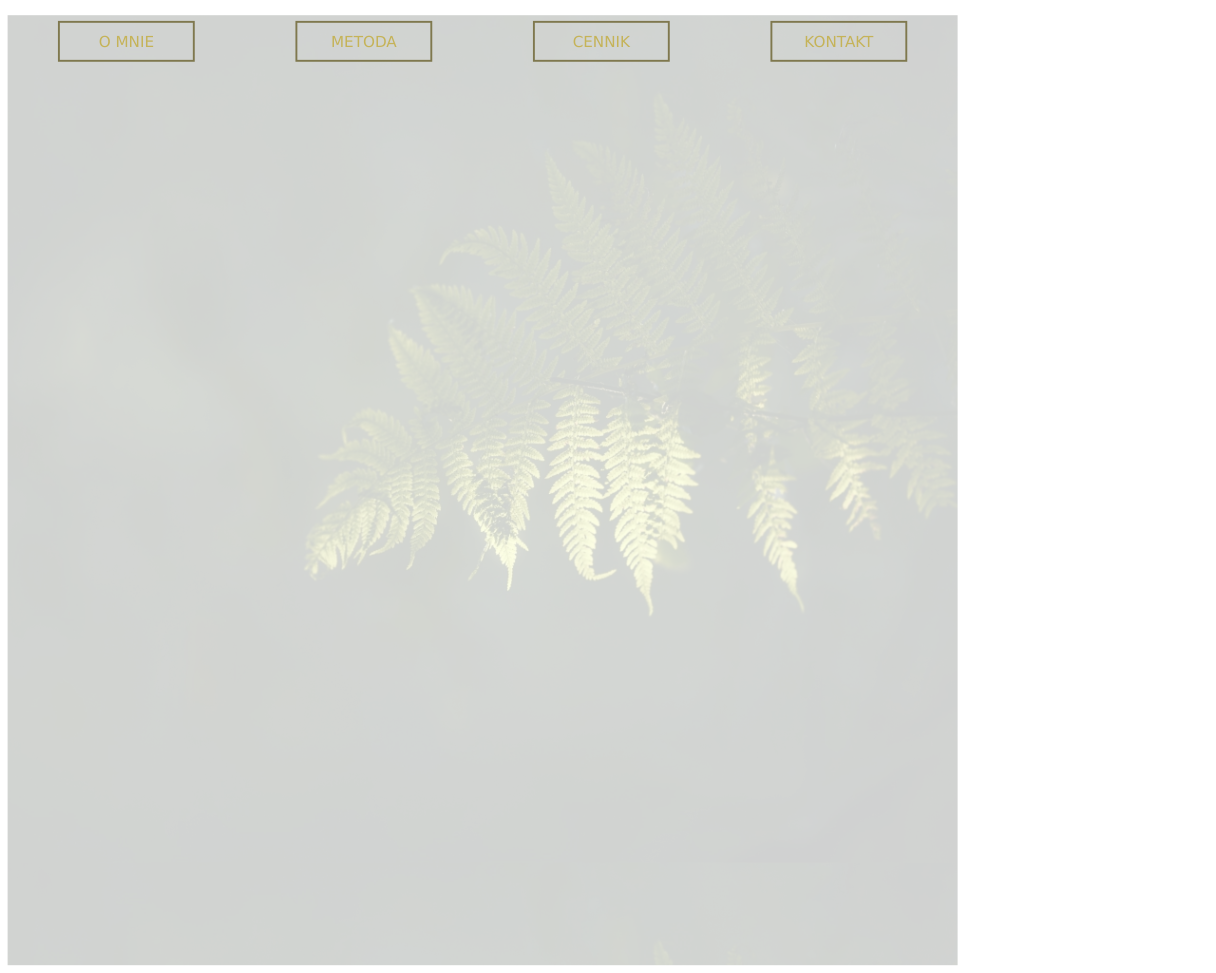
Repository: LechCieslak/Anna_Cieslak_v2.1
Page: index.html
An editor plug-in stored every save of this project. The page is shown before and after the next save, followed by the edit.
The browser window is 1280 px wide. The pictures show the whole page, at 95% of full size.

Above is the page before, as saved 2020-09-17 16:03:51.

### index.html
<!DOCTYPE html>
<html lang="pl">
<head>
    <meta charset="UTF-8">
    <meta name="viewport" content="width=device-width, initial-scale=1.0">
    <link rel="stylesheet" href="style.css">
    <title>Przyjazne miejsce</title>
</head>
<body>
    <main>

            <div class="menu">
                <ul>
                    <li class="li1">O MNIE</li>
                    <li class="li2">METODA</li>
                    <li class="li3">CENNIK</li>
                    <li class="li4">KONTAKT</li>
                </ul>
            </div>

            <div class="oMnie shape">
                <h1>O MNIE</h1>
                <p>Anna Cieślak - psycholog, psychoterapeuta
                    <br><br>
                    Prowadzę indywidualną długoterminową psychoterapię osób dorosłych oraz młodzieży 16+. Od kilku lat w duchu Rodzicielstwa Bliskości wspieram rodziców oraz nauczycieli w codziennych wyzwaniach związanych z budowaniem relacji z dziećmi. Pracuję z dziećmi i młodzieżą w placówkach edukacyjnych (głównie są to tzw. szkoły alternatywne, realizujące program MEN w autorski sposób). <br>
                    W swojej pracy łączę humanistyczne i psychodynamiczne spojrzenie na klienta. Ukończyłam kursy i szkolenia z zakresu psychoterapii i psychopedagogiki w Ośrodku Terapii i Rozwoju Gestalt, w Laboratorium Psychoedukacji, Podyplomowym Studium Relacji Interpersonalnych i Profilaktyki Uzależnień UKSW oraz Akademii Rodziców i Wychowawców w Fundacji Bullerbyn. Ważnym dla mnie doświadczeniem było szkolenie wstępne z zakresu NVC prowadzone przez Zofię Schacht-Petersen. <br>
                    Prywatną praktykę prowadzę od 2013 roku. Swoją pracę poddaję regularnej superwizji, prowadzonej przez superwizora Polskiego Towarzystwa Psychologicznego.</p>
            </div>

            <div class="metoda shape">
                <h1>METODA</h1>
                <p>Lorem, ipsum dolor sit amet consectetur adipisicing elit. Tenetur illum, dolores ipsum earum qui eligendi quaerat itaque debitis quo cumque repudiandae fugit quisquam nisi quas sunt voluptatem alias enim vero porro reprehenderit. Quisquam possimus labore voluptate facere voluptatum mollitia eveniet dicta quis vitae ullam quae saepe veniam quos ut, dolor, fuga repellat, veritatis quam modi odio placeat! Vero, reprehenderit repellendus? Delectus sit voluptate minus quam ratione numquam ipsum nemo commodi rem nesciunt consequatur, sunt cumque, repellat aliquam excepturi dolores aut suscipit minima nisi veritatis itaque ad explicabo perspiciatis voluptatibus! Cumque id adipisci officiis facere, tenetur quod provident. Eveniet, exercitationem necessitatibus.</p>
            </div>

            <div class="cennik shape">
                <h1>CENNIK</h1>
                <p>Lorem, ipsum dolor sit amet consectetur adipisicing elit. Tenetur illum, dolores ipsum earum qui eligendi quaerat itaque debitis quo cumque repudiandae fugit quisquam nisi quas sunt voluptatem alias enim vero porro reprehenderit. Quisquam possimus labore voluptate facere voluptatum mollitia eveniet dicta quis vitae ullam quae saepe veniam quos ut, dolor, fuga repellat, veritatis quam modi odio placeat! Vero, reprehenderit repellendus? Delectus sit voluptate minus quam ratione numquam ipsum nemo commodi rem nesciunt consequatur, sunt cumque, repellat aliquam excepturi dolores aut suscipit minima nisi veritatis itaque ad explicabo perspiciatis voluptatibus! Cumque id adipisci officiis facere, tenetur quod provident. Eveniet, exercitationem necessitatibus.</p>
            </div>

            <div class="kontakt shape">
                <h1>KONTAKT</h1>
                <p>Lorem, ipsum dolor sit amet consectetur adipisicing elit. Tenetur illum, dolores ipsum earum qui eligendi quaerat itaque debitis quo cumque repudiandae fugit quisquam nisi quas sunt voluptatem alias enim vero porro reprehenderit. Quisquam possimus labore voluptate facere voluptatum mollitia eveniet dicta quis vitae ullam quae saepe veniam quos ut, dolor, fuga repellat, veritatis quam modi odio placeat! Vero, reprehenderit repellendus? Delectus sit voluptate minus quam ratione numquam ipsum nemo commodi rem nesciunt consequatur, sunt cumque, repellat aliquam excepturi dolores aut suscipit minima nisi veritatis itaque ad explicabo perspiciatis voluptatibus! Cumque id adipisci officiis facere, tenetur quod provident. Eveniet, exercitationem necessitatibus.</p>
            </div>
    </main>


    <script src="app.js"></script>
</body>
</html>

### style.css
* {
    font-family: verdana;
    padding: 0px;
}

body {
    --tlo: #4C6464;
    --text: #C5B358;
    --ramka: #7F784E;
    /* background-position-x: center;
    background-color: black; */
    color: var(--text);
    /* animation: backgroundEffPoz 3s forwards; */
    width: 1000px;
    height: 1000px;
    display: block;
    position: relative;
}

body::after {
    content: "";
    background: url("images/background-poz.jpg");
    /* background-color: red; */
    opacity: 0.2;
    top: 0;
    left: 0;
    bottom: 0;
    right: 0;
    position: absolute;
    z-index: -1;
}

ul {
    display: flex;
    justify-content: space-around;
}

.menu li {
    margin-top: 6px;
    padding: 10px;
    display: inline-block;
    border: solid 2px var(--ramka);
    list-style-type: none;
    width: 120px;
    cursor: pointer;
    text-align: center;
}

.shape {
    border: solid 3px var(--ramka);
    /* width: 70%; */
    opacity: 0;
    padding: 10px;
    position: absolute;
    text-align: justify;
}

.nowa {
    opacity: 1;
}

@keyframes backgroundEffPoz {
    100% {
            background-image: url("images/background-poz.jpg");
    }
}
@keyframes backgroundEffPion {
    100% {
            background-image: url("images/background-pion.jpg");
    }
}

/* style css - duże ekrany
@media (min-width: 1100px) {
    body {
        font-size: 30px;
    }
} */

@media (max-width: 600px) {
    body {
        /* style css - tel. pionowo */
        /* background-image: url("images/background-pion.jpg"); */
        font-size: 10px;
        background-position-x: center;
        animation: backgroundEffPion 3s forwards;
    }

    .menu li {
        width: 50px;
        height: 8px;
        padding-top: 6px;
    }
}

@media (max-width: 320px) {
    ul {
        width: 55px;
        display: block;
    }
}

### app.js
let a = document.querySelector('.li1');
let b = document.querySelector('.oMnie');
let c = document.querySelector('.li2');
let d = document.querySelector('.metoda');
let e = document.querySelector('.li3');
let f = document.querySelector('.cennik');
let g = document.querySelector('.li4');
let h = document.querySelector('.kontakt');

a.addEventListener('click', e => {
  b.classList.toggle("nowa");
  d.classList.remove("nowa");
  f.classList.remove("nowa");
  h.classList.remove("nowa");
});


c.addEventListener('click', e => {
  d.classList.toggle("nowa");
  b.classList.remove("nowa");
  f.classList.remove("nowa");
  h.classList.remove("nowa");
});

e.addEventListener('click', e => {
  f.classList.toggle("nowa");
  b.classList.remove("nowa");
  d.classList.remove("nowa");
  h.classList.remove("nowa");
});


g.addEventListener('click', e => {
  h.classList.toggle("nowa");
  b.classList.remove("nowa");
  d.classList.remove("nowa");
  f.classList.remove("nowa");
});

After the next save:
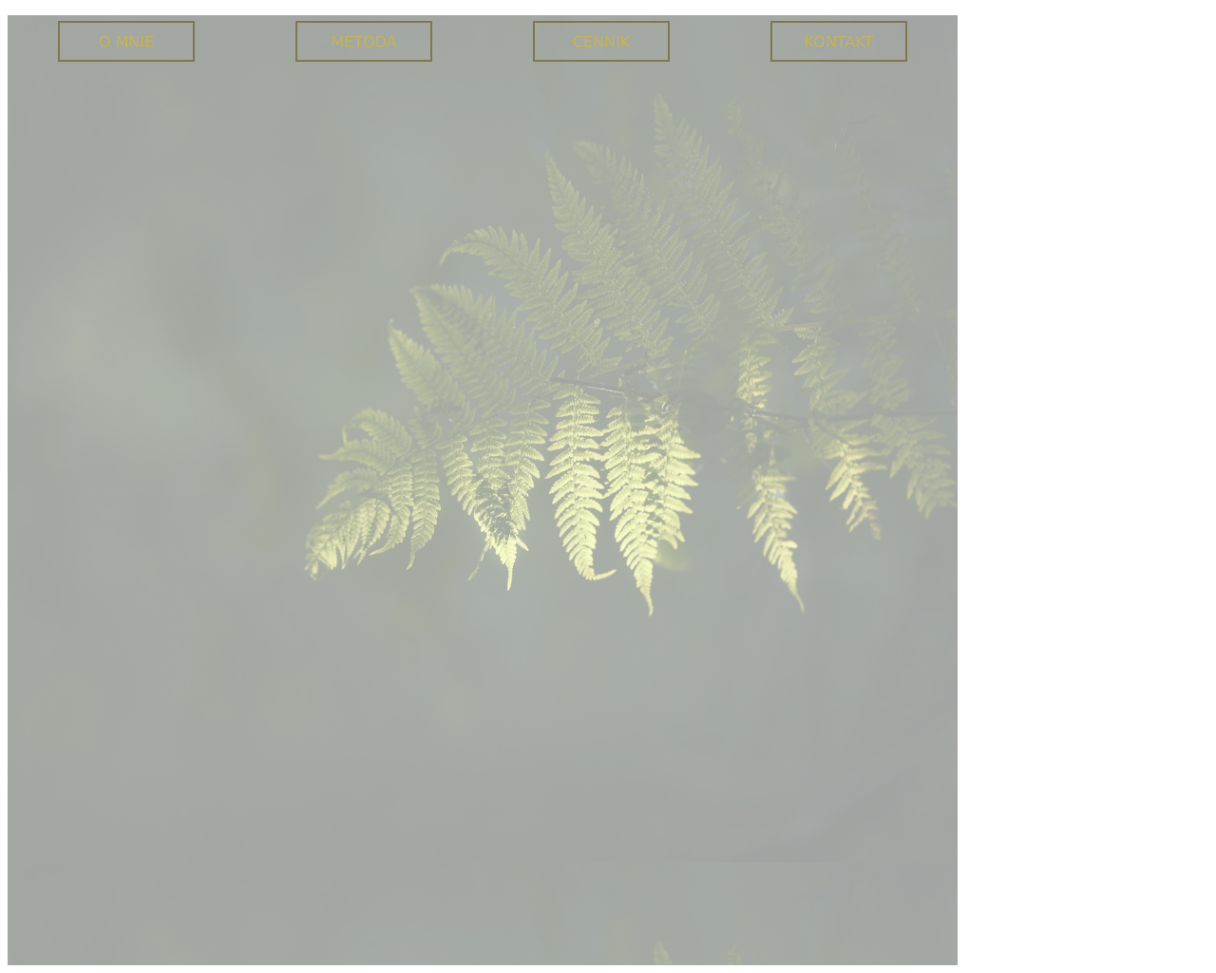
Saved 60 s later.
--- a/style.css
+++ b/style.css
@@ -21,7 +21,7 @@ body::after {
     content: "";
     background: url("images/background-poz.jpg");
     /* background-color: red; */
-    opacity: 0.2;
+    opacity: 0.4;
     top: 0;
     left: 0;
     bottom: 0;
